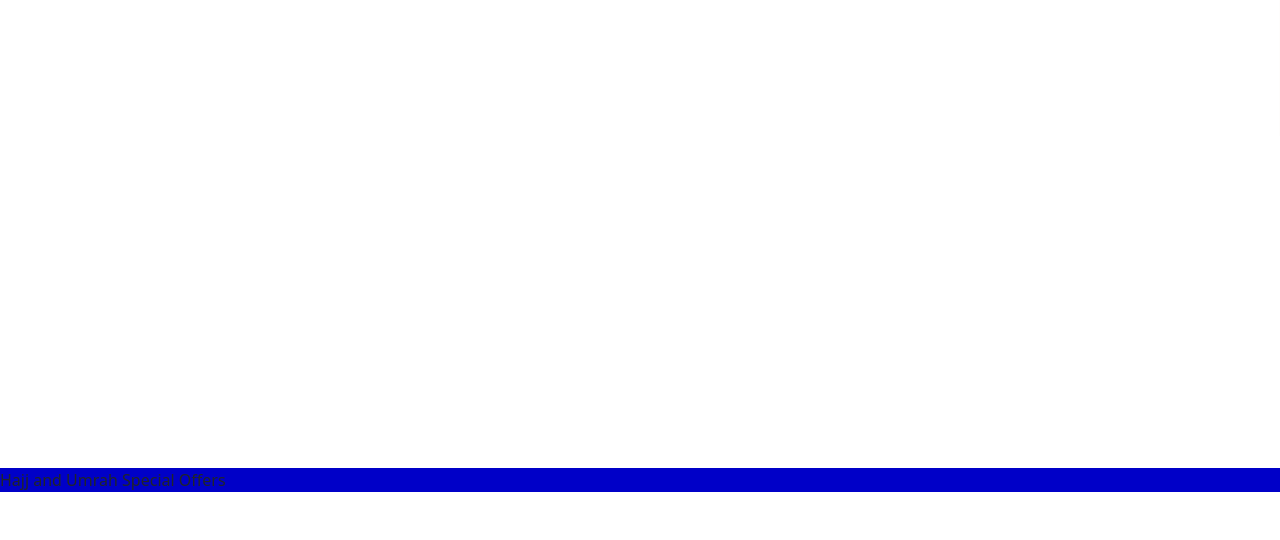
Repository: Putrabobi/Task7
Page: index.html
These files come from the project's save history. The page is drawn as it stood at one moment and after a run of saves; the edit follows.
The browser window is 1280 px wide. The pictures show the part of the page from y = 2053 to 2603 px (the page is 2593 px tall before and 2603 px after).
A picture or video elsewhere on the page could not be fetched, so the positions and the page height are approximate.

Above is the page before, as saved 2024-03-25 13:38:49.

After the next 2 saves:
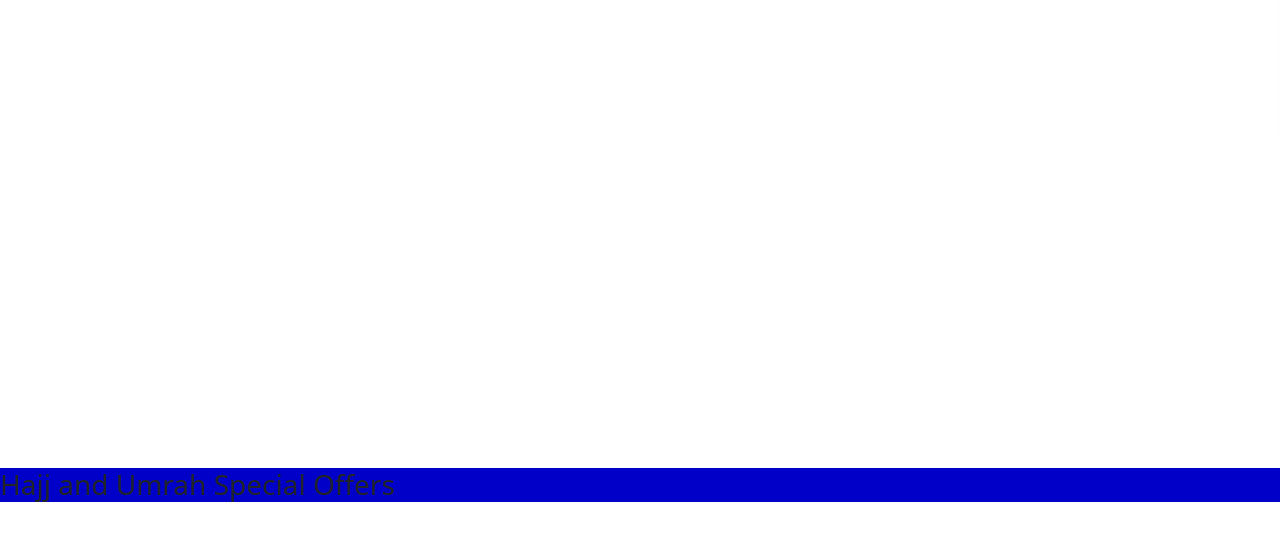
The 2 saves are shown as one change because they came seconds apart.
The last was saved 11 s later.
--- a/index.html
+++ b/index.html
@@ -112,7 +112,7 @@
 
 <div class="my-5" style="background-color: rgb(0, 0, 200);">
     <div>
-        Hajj and Umrah Special Offers
+        <h3>Hajj and Umrah Special Offers
     </div>
 
 </div>
